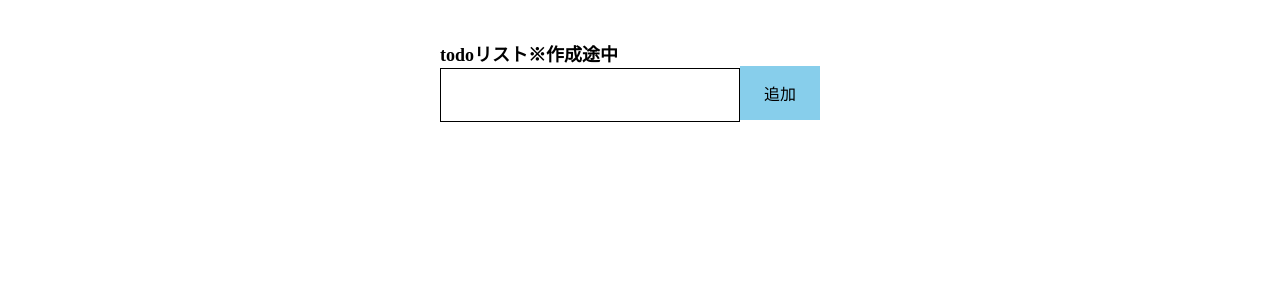
Repository: FujieRyou/react_practice
Page: /
The author's editor kept a copy of each file at every save. The page is drawn from the files as they stood at one save, then again after the next save.
The browser window is 1280 px wide. The pictures show the whole page.
The project was rebuilt for these pictures with package versions that can differ from the ones it lists, and the page was loaded fresh each time. Also part of the build but not shown: vite.config.js, src/components/testComponent.jsx, src/components/countUp.jsx, src/components/switchFlag.jsx, src/components/props1.jsx, src/components/profile.jsx, src/components/ivent.jsx.

Above is the page before, as saved 2023-01-19 03:50:26.

After the next save:
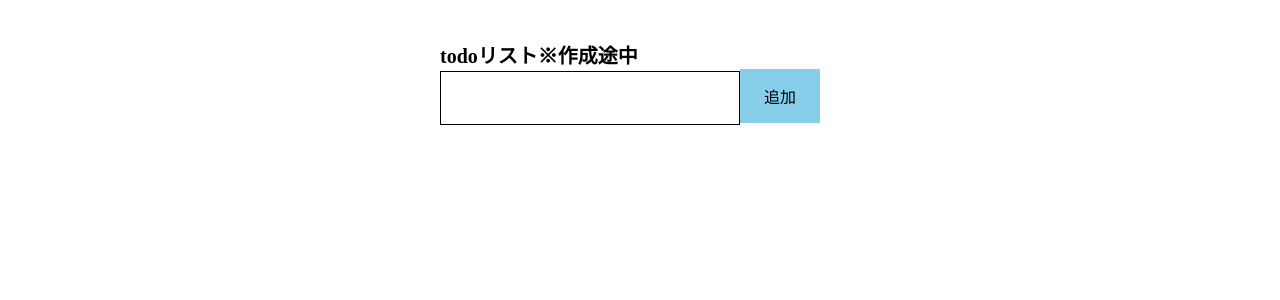
Saved 6 s later.
--- a/src/scss/style.scss
+++ b/src/scss/style.scss
@@ -47,7 +47,7 @@ input{
     margin: 0 auto;
     padding-top: 40px;
     h2{
-        font-size: 18px;
+        font-size: 20px;
     }
 }
 
